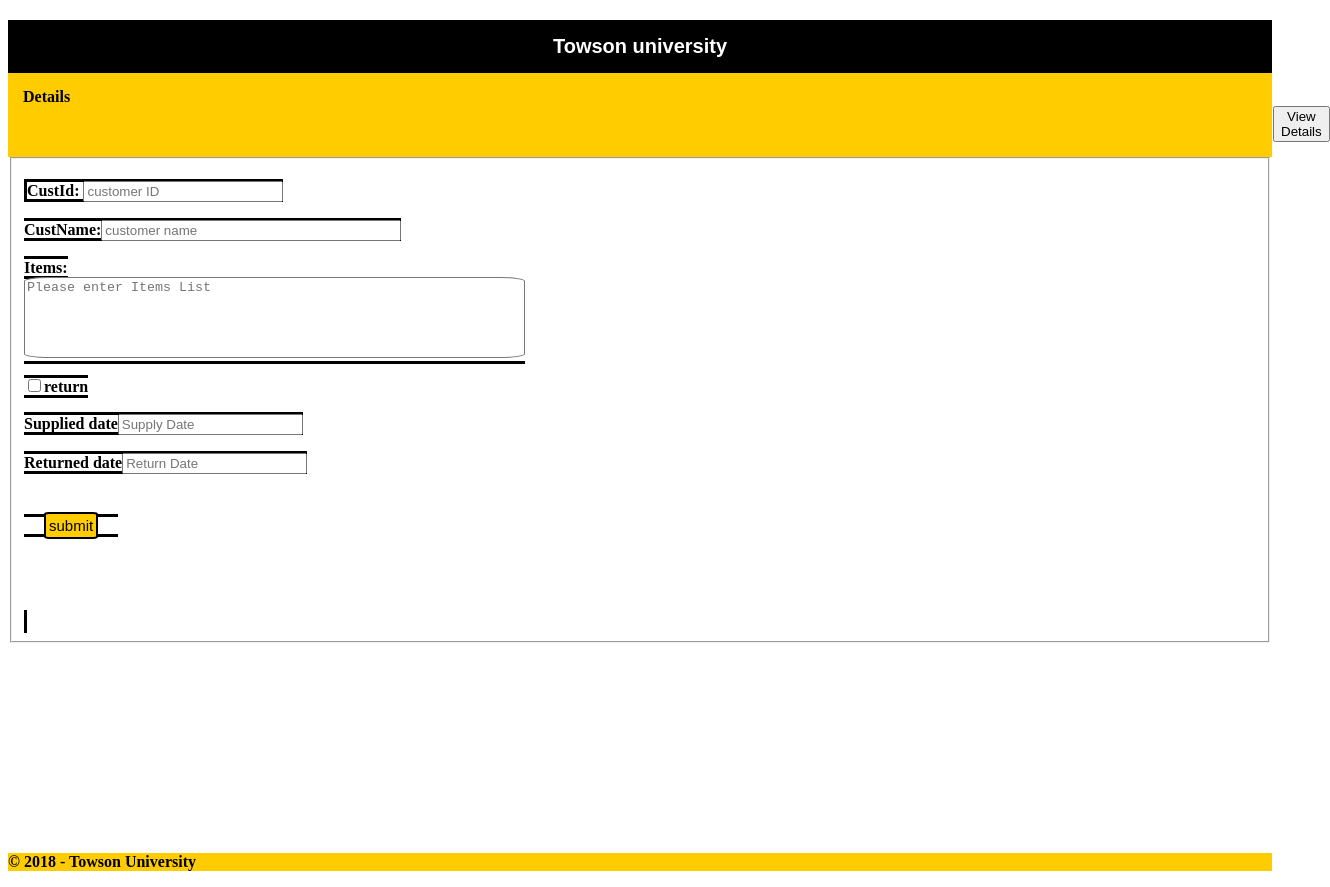
Repository: DatabaseCOSC578/eclipse-workspace11
Page: http://localhost/Supervisor/Supervisor.jsp
The author's editor kept a copy of each file at every save. The page is drawn from the files as they stood at one save, then again after the next save.
The browser window is 1280 px wide. The page is 1330 px wide, so the pictures cover 1330 px, including what lies to the right of the window. The pictures show the whole page.
The page is served by Tomcat 9.

Above is the page before, as saved 2018-04-15 19:59:36.

After the next save:
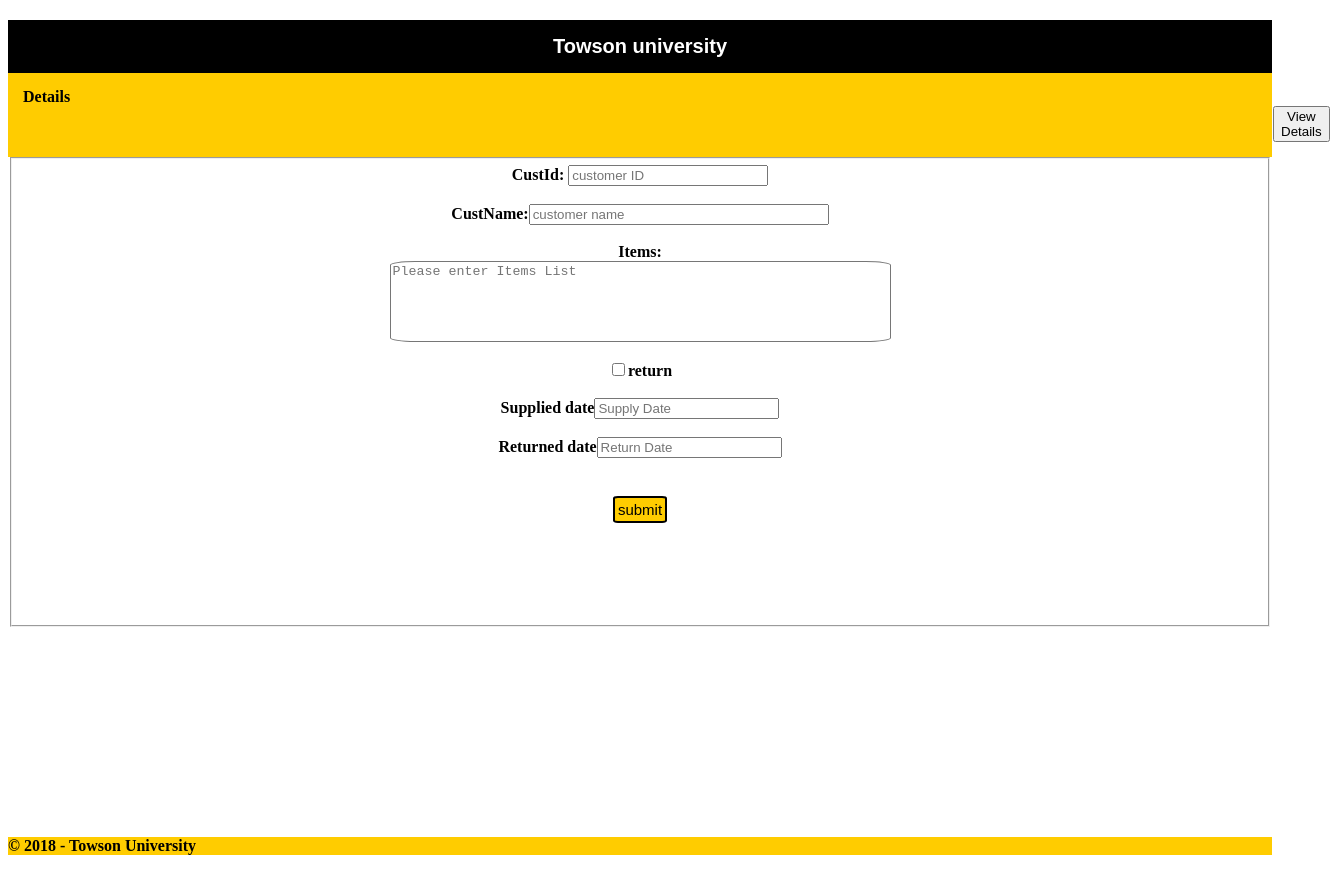
Saved 23 s later.
--- a/Supervisor/WebContent/Supervisor.jsp
+++ b/Supervisor/WebContent/Supervisor.jsp
@@ -12,11 +12,8 @@
 
 
 </div>
+<fieldset><center>
 
-<fieldset >
-
-<center><p> </p></center>
-<abc id="fs">
 <b>CustId:</b> <input type=text style="width: 200px;" name="custid " placeholder="customer ID"><br><br>
 <b>CustName:</b><input type=text style="width: 300px; align:center;" name="custname" placeholder="customer name "><br><br>
 <b>Items:<b/><br/>
@@ -26,9 +23,7 @@
 Supplied date<input type=text name="sdate" placeholder="Supply Date" ><br><br>
 Returned date<input type=text name="rdate" placeholder="Return Date" ><br><br>
 <input type=submit value=submit> <br><br><br><br><br>
-</b>
-</abc>
-</fieldset>
+</center></fieldset>
 </form>
 </body>
 <footer> &copy 2018 - Towson University</footer>
